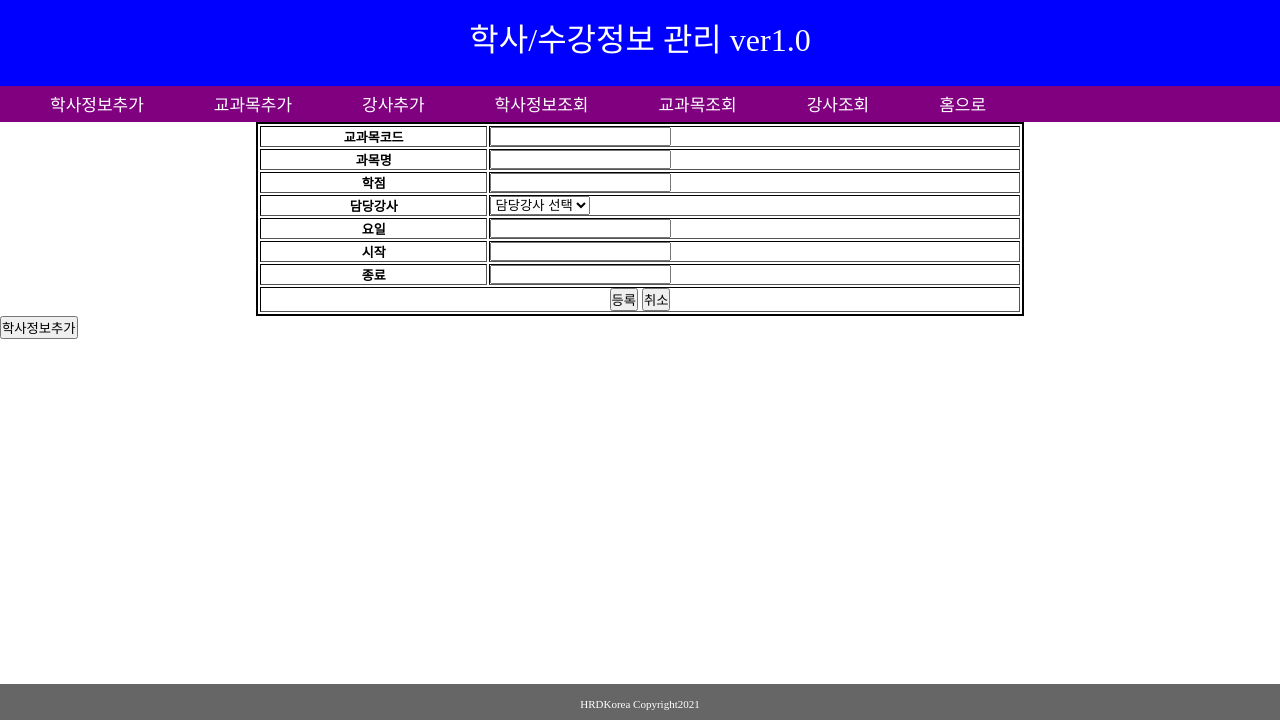
Repository: cccf777/-
Page: http://localhost/hrd0422/junhbo/subInsert.jsp
These files come from the project's save history. The page is drawn as it stood at one moment and after the next save; the edit follows.
The browser window is 1280 px wide. The pictures show the whole page.
The page is served by Tomcat 9.

Above is the page before, as saved 2021-04-22 06:19:58.

After the next save:
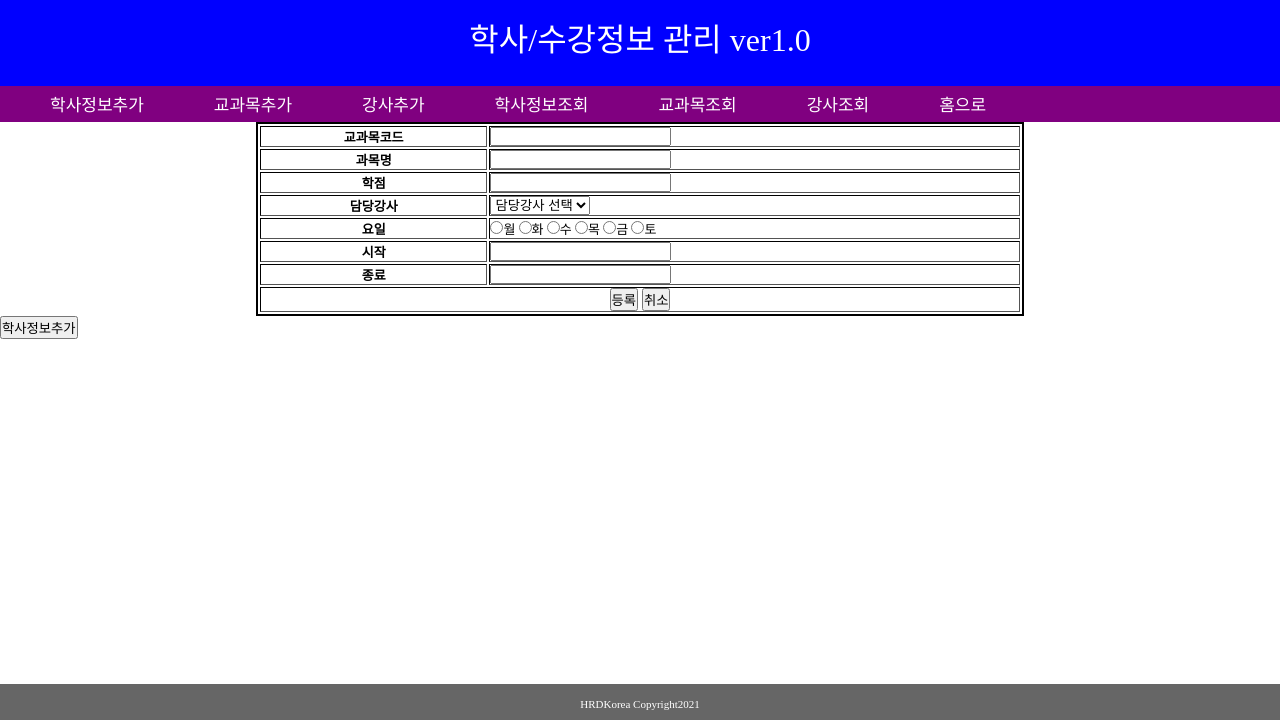
Saved 54 s later.
--- a/workspace/hrd0422/src/main/webapp/junhbo/subInsert.jsp
+++ b/workspace/hrd0422/src/main/webapp/junhbo/subInsert.jsp
@@ -69,7 +69,14 @@ function check(){
 	</tr>
 	<tr>
 		<th width="30%">요일</th>
-		<td><input type="text" name="week"  id="in1"></td>
+		<td>
+		<input type="radio" name="week"  id="in1">월
+		<input type="radio" name="week"  id="in1">화
+		<input type="radio" name="week"  id="in1">수
+		<input type="radio" name="week"  id="in1">목
+		<input type="radio" name="week"  id="in1">금
+		<input type="radio" name="week"  id="in1">토
+		</td>
 	</tr>
 	<tr>
 		<th width="30%">시작</th>
